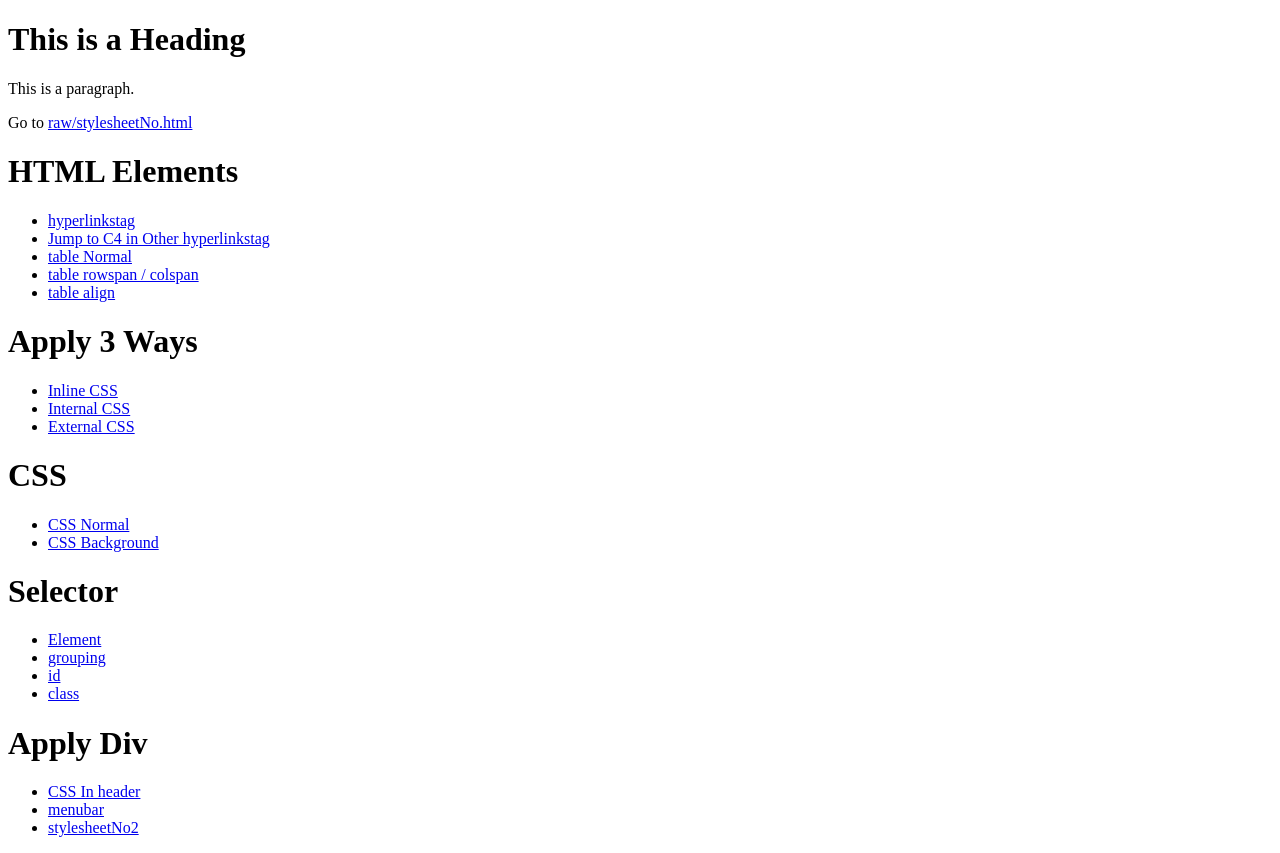
Repository: SanghunOh/learn_publising
Page: HtmlCss/WebContent/index.html
An editor plug-in stored every save of this project. The page is shown before and after the next save, followed by the edit.
The browser window is 1280 px wide. The pictures show the whole page.

Above is the page before, as saved 2018-05-06 03:09:52.

After the next save:
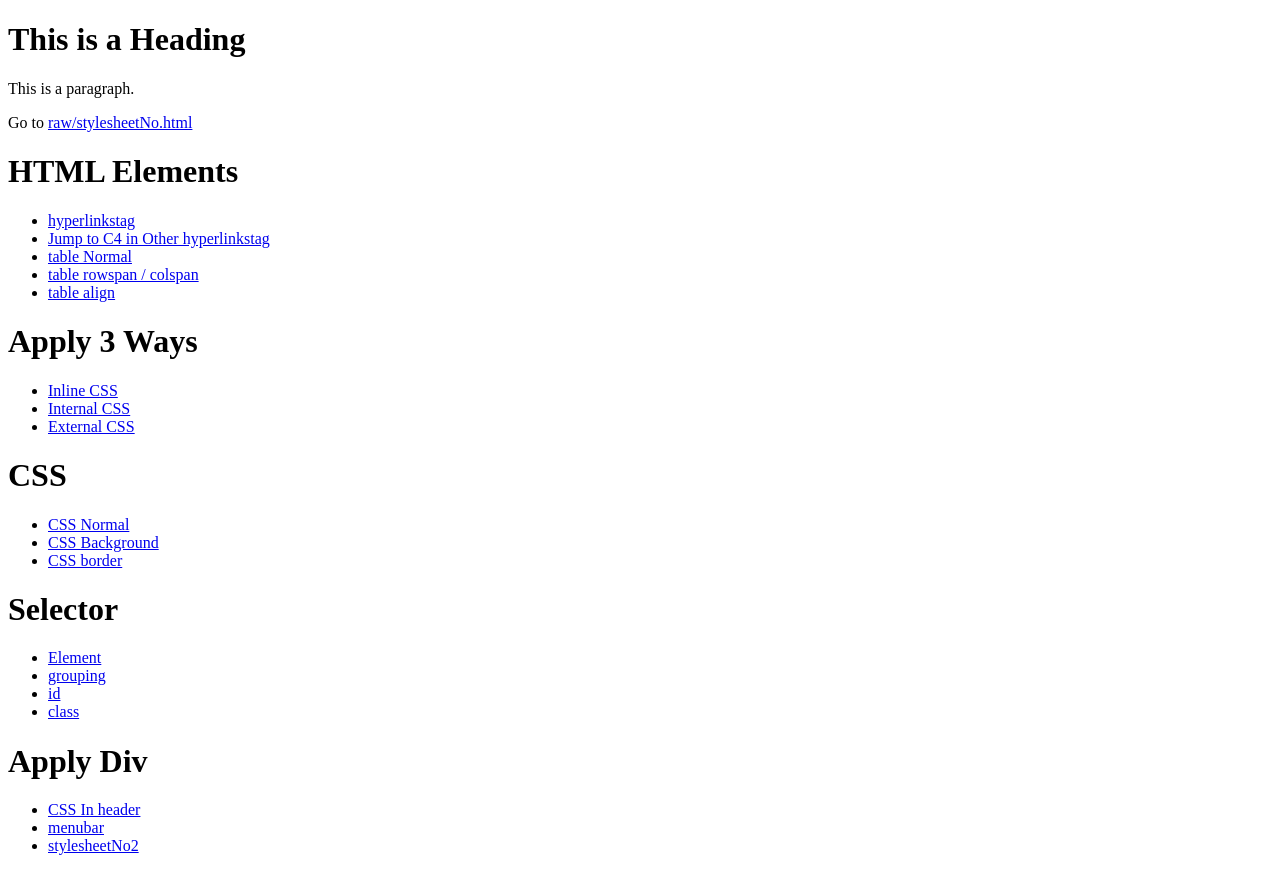
Saved 8 min 16 s later.
--- a/HtmlCss/WebContent/index.html
+++ b/HtmlCss/WebContent/index.html
@@ -31,6 +31,7 @@
 	<ul>
 		<li><a href="CascadingSS/css_normal.html">CSS Normal</a></li>
 		<li><a href="CascadingSS/css_background.html">CSS Background</a></li>
+		<li><a href="CascadingSS/css_border.html">CSS border</a></li>
 	</ul>
 
 	<h1>Selector</h1>
